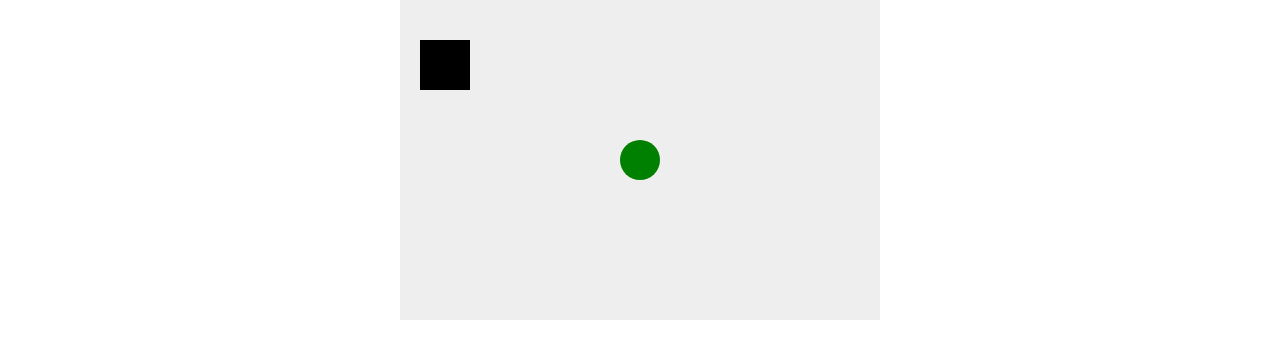
Repository: GoodHoneyCake/2D_breakout_game
Page: index.html
These files come from the project's save history. The page is drawn as it stood at one moment and after the next save; the edit follows.
The browser window is 1280 px wide. The pictures show the whole page.

Above is the page before, as saved 2020-12-26 16:21:54.
Console error: TypeError: ctx.colsePath is not a function

### index.html
<!DOCTYPE html>
<html lang="en">
<head>
    <meta charset="UTF-8">
    <meta name="viewport" content="width=device-width, initial-scale=1.0">
    <title>Gamedev Canvas Workshop</title>
    <link rel="stylesheet" href="styles.css">
    <script src="main.js" defer></script>
</head>
<body>
    <canvas id="myCanvas" width="480" height="320"></canvas>
</body>
</html>

### styles.css
* {
  padding: 0;
  margin: 0;
}
canvas {
  background: #eee;
  display: block;
  margin: 0 auto;
}

### main.js
const canvas = document.getElementById("myCanvas");
const ctx = canvas.getContext("2d");

// black square
ctx.beginPath();
ctx.rect(20, 40, 50, 50);
ctx.fillStyle = "bbffcc";
ctx.fill();
ctx.closePath();

// green circle
ctx.beginPath();
ctx.arc(240, 160, 20, 0, Math.PI * 2, false);
ctx.fillStyle = "green";
ctx.fill();
ctx.colsePath();

// outer line
ctx.beginPath();
ctx.rect(160, 10, 100, 40);
ctx.strokeStyle = "rgba(0,0,255,0.5)";
ctx.strokeStyle();
ctx.closePath();

After the next save:
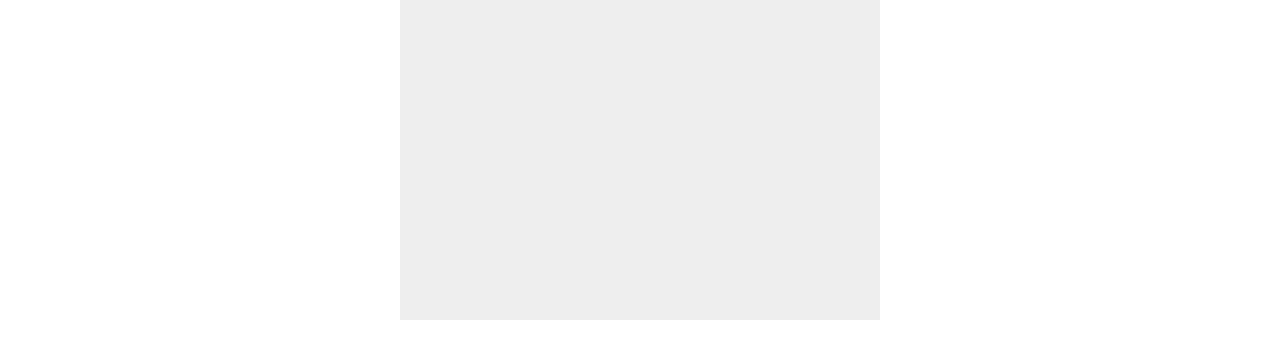
The error is gone.
Saved 13 min 6 s later.
--- a/main.js
+++ b/main.js
@@ -1,23 +1,5 @@
 const canvas = document.getElementById("myCanvas");
 const ctx = canvas.getContext("2d");
 
-// black square
-ctx.beginPath();
-ctx.rect(20, 40, 50, 50);
-ctx.fillStyle = "bbffcc";
-ctx.fill();
-ctx.closePath();
-
-// green circle
-ctx.beginPath();
-ctx.arc(240, 160, 20, 0, Math.PI * 2, false);
-ctx.fillStyle = "green";
-ctx.fill();
-ctx.colsePath();
-
-// outer line
-ctx.beginPath();
-ctx.rect(160, 10, 100, 40);
-ctx.strokeStyle = "rgba(0,0,255,0.5)";
-ctx.strokeStyle();
-ctx.closePath();
+function draw() {}
+setInterval(draw, 10);
